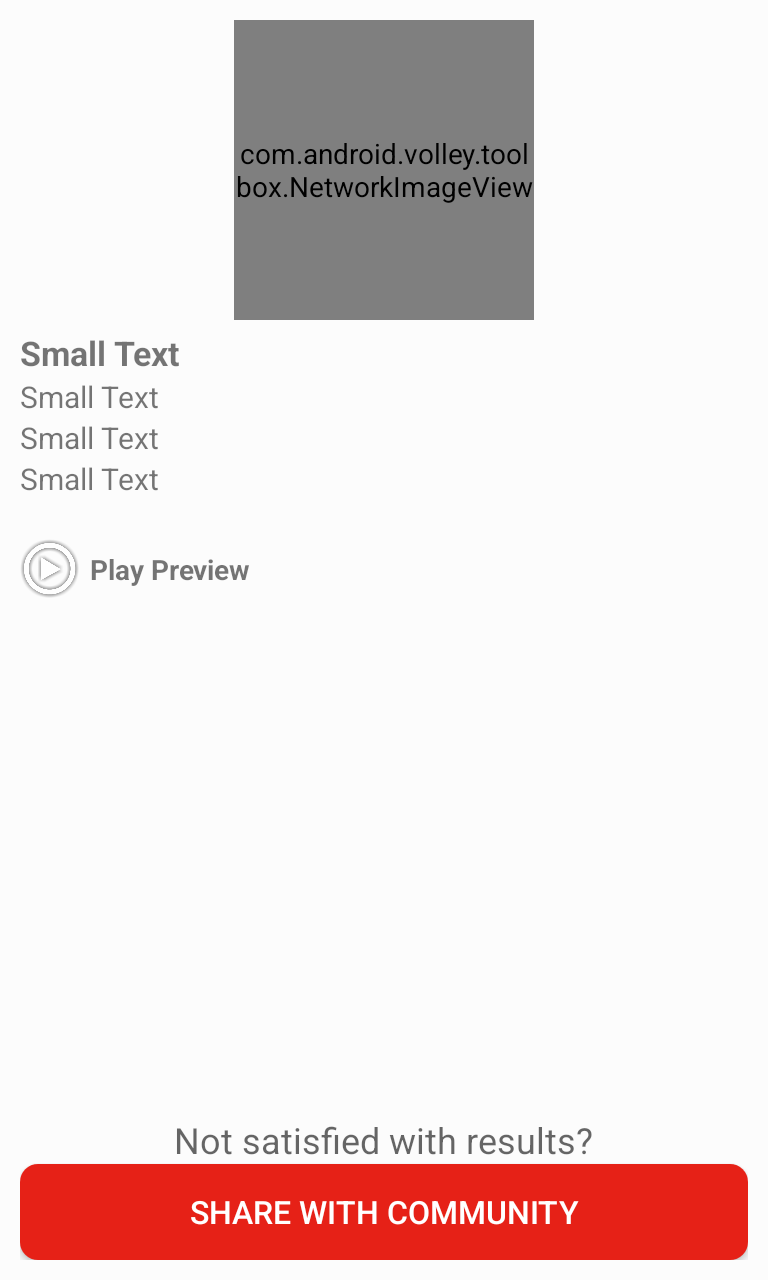
Repository: savindra/cutting-edge
Layout: Humzearch/res/layout/record_tune_result.xml
An editor plug-in stored every save of this project. The layout is shown before and after the next save, followed by the edit.
Pictures or frames that could not be fetched are drawn as grey boxes. It is drawn on a 768 x 1280 px phone screen (xhdpi) without system bars, with theme AppTheme; the app's code is not run.

Above is the layout before, as saved 2015-06-23 08:00:43.

After the next save:
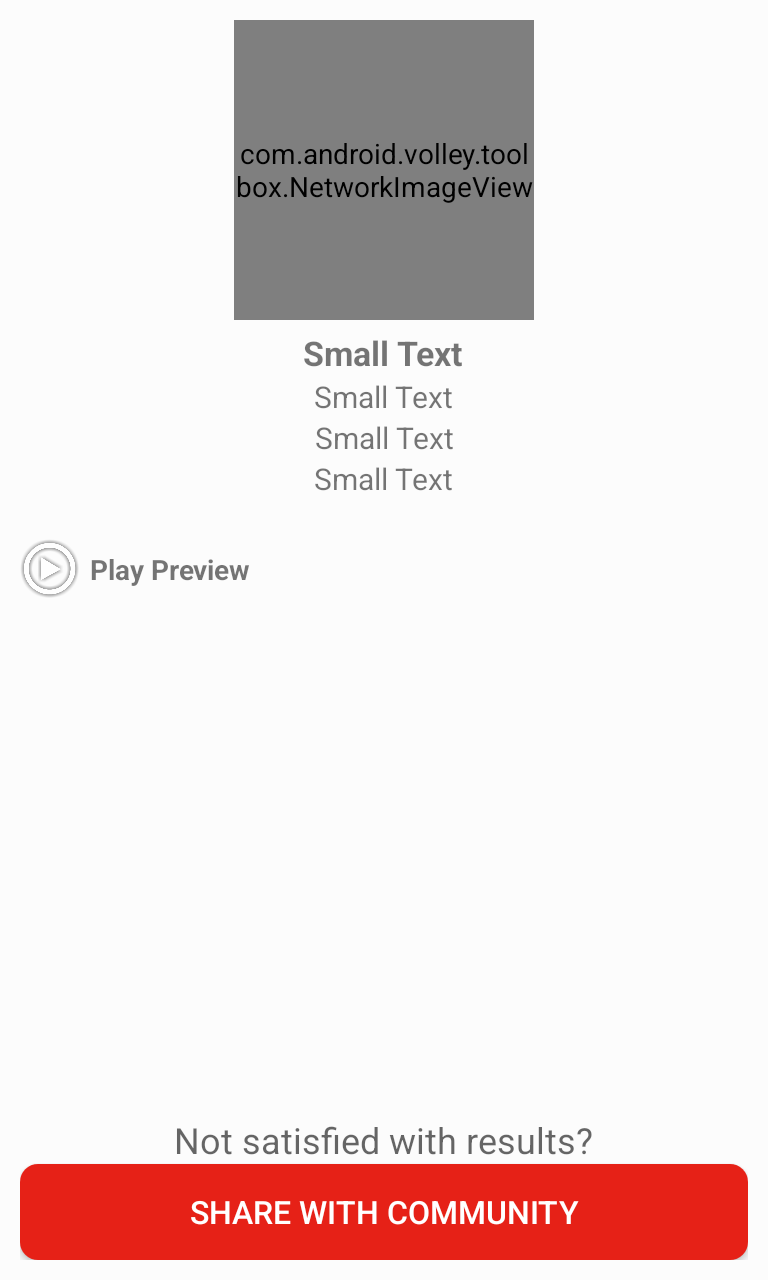
Saved 4 min 40 s later.
--- a/Humzearch/res/layout/record_tune_result.xml
+++ b/Humzearch/res/layout/record_tune_result.xml
@@ -41,7 +41,7 @@
 
             <TextView
                 android:id="@+id/txtTuneResultName"
-                android:layout_width="fill_parent"
+                android:layout_width="wrap_content"
                 android:layout_height="wrap_content"
                 android:layout_gravity="center_horizontal"
                 android:text="Small Text"
@@ -51,7 +51,7 @@
 
             <TextView
                 android:id="@+id/txtTuneResultArtist"
-                android:layout_width="fill_parent"
+                android:layout_width="wrap_content"
                 android:layout_height="wrap_content"
                 android:layout_gravity="center_horizontal"
                 android:text="Small Text"
@@ -60,16 +60,16 @@
 
             <TextView
                 android:id="@+id/txtTuneResultAlbum"
-                android:layout_width="fill_parent"
+                android:layout_width="match_parent"
                 android:layout_height="wrap_content"
-                android:layout_gravity="center_horizontal"
+                android:gravity="center"
                 android:text="Small Text"
                 android:textAppearance="?android:attr/textAppearanceSmall"
                 android:textSize="@dimen/medium" />
 
             <TextView
                 android:id="@+id/txtTuneResultYear"
-                android:layout_width="fill_parent"
+                android:layout_width="wrap_content"
                 android:layout_height="wrap_content"
                 android:layout_gravity="center_horizontal"
                 android:text="Small Text"
